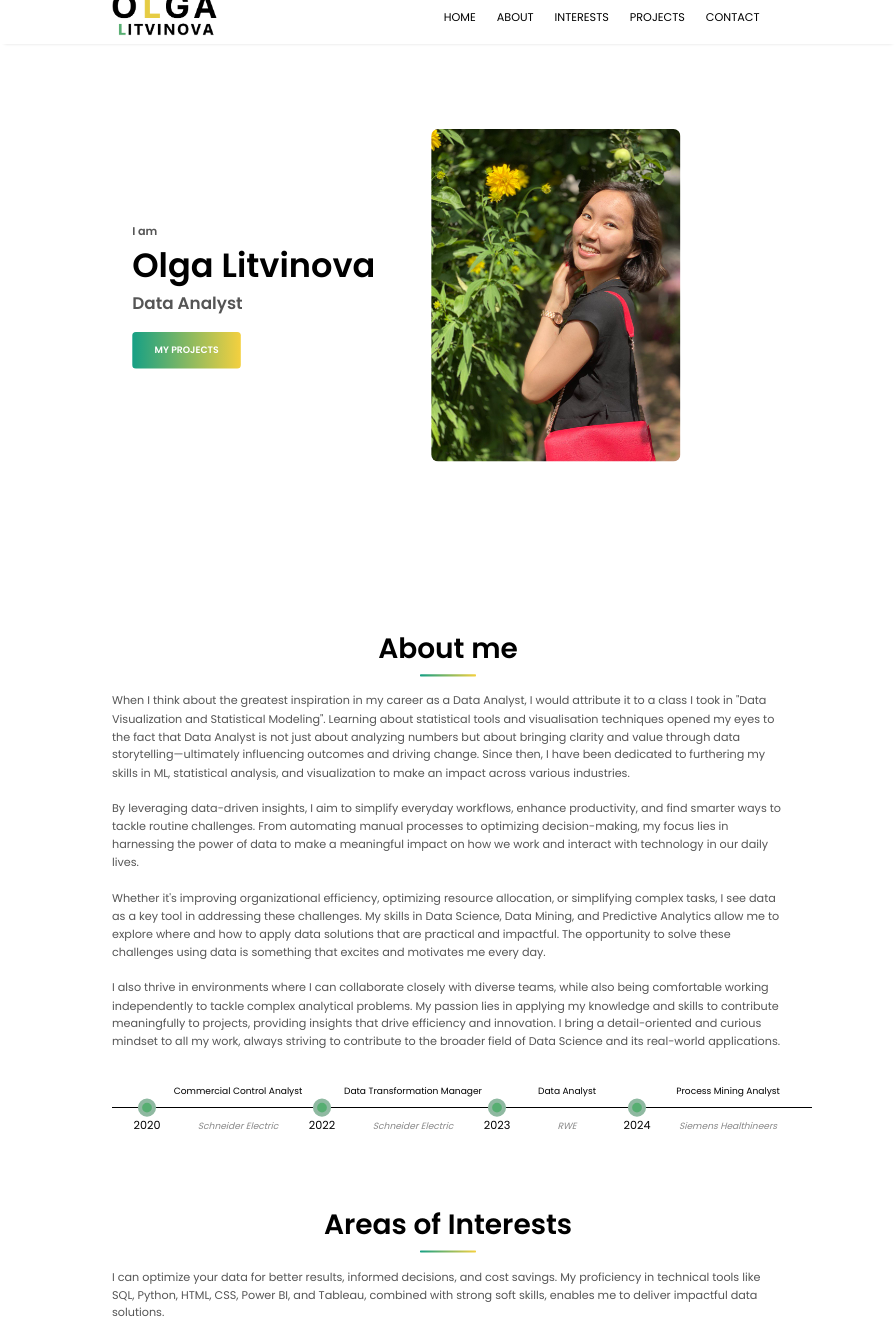
Repository: OlgaKuzminichna/CV
Page: index.html
These files come from the project's save history. The page is drawn as it stood at one moment and after the next save; the edit follows.
The browser window is 1280 px wide. The pictures show the part of the page from y = 16 to 1916 px (the page is 4457 px tall), at 70% of full size.
A picture or video elsewhere on the page could not be fetched, so the positions and the page height are approximate.

Above is the page before, as saved 2024-11-24 22:22:23.

### index.html
<!DOCTYPE html>
<html lang="en">
<head>
    <meta charset="UTF-8">
    <meta name="viewport" content="width=device-width, initial-scale=1.0">
    <title>Olga Litvinova | Data Analyst</title>
    <link rel="stylesheet" href="style.css">
    <link rel="icon" href="./images/logo2.png" type="image/x-icon">
    <script type="text/javascript" src="https://cdn.jsdelivr.net/npm/@emailjs/browser@3/dist/email.min.js"></script>
</head>
<body>
    <header>
        <nav id="navigation">
            <div class="site-header">
                <div class="site-logo">
                    <img src="./images/logo.png" alt="Olga Litvinova">
                </div>
                <ul class="link-list">
                    <li><a href="#home">HOME</a></li>
                    <li><a href="#about">ABOUT</a></li>
                    <li><a href="#skills">INTERESTS</a></li>
                    <li><a href="#projects">PROJECTS</a></li>
                    <li><a href="#contact">CONTACT</a></li>
                    <!-- <li><a href="#resume">RESUME</a></li> -->
                </ul>
            </div>
        </nav>
        <nav id="responsive-nav">
            <div class="site-header">
                <div class="site-logo">
                    <img src="./images/logo.png" alt="Olga Litvinova">
                </div>
                <div class="hamburger-menu">
                    <div class="icon-toggle" onclick="toggleMenu()">
                        <span></span>
                        <span></span>
                        <span></span>
                    </div>
                    <div class="dropdown-links">
                        <li><a href="#home" onclick="toggleMenu()">HOME</a></li>
                        <li><a href="#about" onclick="toggleMenu()">ABOUT</a></li>
                        <li><a href="#skills" onclick="toggleMenu()">INTERESTS</a></li>
                        <li><a href="#projects" onclick="toggleMenu()">PROJECTS</a></li>
                        <li><a href="#contact" onclick="toggleMenu()">CONTACT</a></li>
                        <!-- <li><a href="#resume" onclick="toggleMenu()">RESUME</a></li> -->
                    </div>
                </div>
            </div>
        </nav>
    </header>

    <main>
        <section id="home">
            <div class="intro-left">
                <p class="intro-text2">I am</p>
                <h1 class="primary-title">Olga Litvinova</h1>
                <p class="intro-role">Data Analyst </p>
                <div class="button-group">
                    <button class="main-btn" onclick="location.href='./index.html#projects'">
                        MY PROJECTS
                    </button>
                </div>
            </div>
            <div class="intro-right">
                <img src="./images/Litvinova.jpg" alt="Olga Litvinova Picture" />
            </div>
        </section>
        <section id="about">
            <h1 class="secondary-title">About me</h1>
            <div class="description-container">
                <p>
                    When I think about the greatest inspiration in my career as a Data Analyst, I would attribute it to a class I took in "Data Visualization and Statistical Modeling".
                    Learning about statistical tools and visualisation techniques opened my eyes to the fact that Data Analyst is not just about analyzing numbers but about bringing clarity and value through data storytelling—ultimately influencing outcomes and driving change.
                    Since then, I have been dedicated to furthering my skills in ML, statistical analysis, and visualization to make an impact across various industries.
                </p>
                <p>
                    <br>
                    By leveraging data-driven insights, I aim to simplify everyday workflows, enhance productivity, and find smarter ways to tackle routine challenges. From automating manual processes to optimizing decision-making, my focus lies in harnessing the power of data to make a meaningful impact on how we work and interact with technology in our daily lives.
                </p>

                <P>
                    <br>
                    Whether it's improving organizational efficiency, optimizing resource allocation, or simplifying complex tasks, I see data as a key tool in addressing these challenges. My skills in Data Science, Data Mining, and Predictive Analytics allow me to explore where and how to apply data solutions that are practical and impactful. The opportunity to solve these challenges using data is something that excites and motivates me every day.
                </P>
                <p>
                    <br>
                    I also thrive in environments where I can collaborate closely with diverse teams, while also being comfortable working independently to tackle complex analytical problems. My passion lies in applying my knowledge and skills to contribute meaningfully to projects, providing insights that drive efficiency and innovation. I bring a detail-oriented and curious mindset to all my work, always striving to contribute to the broader field of Data Science and its real-world applications.
                </p>

            </div>

            <div class="timeline">
                <svg width="1000" height="100">
                    <!-- Line -->
                    <line x1="0" y1="50" x2="1000" y2="50" style="stroke:black; stroke-width:1.5"></line>
                    <!-- 2020 Event -->
                    <circle cx="50" cy="50" r="10" stroke="#8fb9a1" stroke-width="6" fill="rgb(87, 174, 114)"></circle>
                    <text text-anchor="middle" x="50" y="80" fill="black">2020</text>
                    <text style="font-size:13" text-anchor="middle" x="180" y="30" fill="black">Commercial Control Analyst</text>
                    <text style="font-size:13; font-style: italic" text-anchor="middle" x="180" y="80" fill="#888888">Schneider Electric</text>


                    <circle cx="300" cy="50" r="10" stroke="#8fb9a1" stroke-width="6" fill="rgb(87, 174, 114)"></circle>
                    <text text-anchor="middle" x="300" y="80" fill="black">2022</text>
                    <text style="font-size:13" text-anchor="middle" x="430" y="30" fill="black">Data Transformation Manager</text>
                    <text style="font-size:13; font-style: italic" text-anchor="middle" x="430" y="80" fill="#888888">Schneider Electric</text>

                    <circle cx="550" cy="50" r="10" stroke="#8fb9a1" stroke-width="6" fill="rgb(87, 174, 114)"></circle>
                    <text text-anchor="middle" x="550" y="80" fill="black">2023</text>
                    <text style="font-size:13" text-anchor="middle" x="650" y="30" fill="black">Data Analyst</text>
                    <text style="font-size:13; font-style: italic" text-anchor="middle" x="650" y="80" fill="#888888">RWE</text>

                    <circle cx="750" cy="50" r="10" stroke="#8fb9a1" stroke-width="6" fill="rgb(87, 174, 114)"></circle>
                    <text text-anchor="middle" x="750" y="80" fill="black">2024</text>
                    <text style="font-size:13" text-anchor="middle" x="880" y="30" fill="black">Process Mining Analyst</text>
                    <text style="font-size:13; font-style: italic" text-anchor="middle" x="880" y="80" fill="#888888">Siemens Healthineers</text>
                </svg>
            </div>
        </section>


        <section id="skills">
            <h1 class="secondary-title">Areas of Interests</h1>
            <div class="description-container">
                <p>I can optimize your data for better results, informed decisions, and cost savings. My proficiency in technical tools like SQL, Python, HTML, CSS, Power BI, and Tableau, combined with strong soft skills, enables me to deliver impactful data solutions.</p>
            </div>
            <div class="skill-article-group">
                <article class="skill-card">
                    <img src="./images/data-analysis.png" alt="Data Analysis Icon" class="icon"/>
                    <div>
                        <h3>Data Analysis</h3>
                        <p>Uncover hidden insights and patterns within your data to identify trends, anomalies, and opportunities for data-driven decision-making.</p>
                    </div>
                </article>
                <article class="skill-card">
                    <img src="./images/data-analytics.png" alt="Data Analytics Icon" class="icon"/>
                    <div>
                        <h3>Data Analytics</h3>
                        <p>Harness the power of advanced analytics, including predictive models and machine learning solutions to forecast outcomes, optimize processes, and gain a competitive edge.</p>
                    </div>
                </article>
                <article class="skill-card">
                    <img src="./images/data-visualization.png" alt="Data Visualization Icon" class="icon"/>
                    <div>
                        <h3>Data Visualization</h3>
                        <p>Transform complex data into clear and compelling visual narratives. Create custom dashboards and reports for enhanced data communication and understanding.</p>
                    </div>
                </article>
                <article class="skill-card">
                    <img src="./images/technical-writing.png" alt="Technical Writing Icon" class="icon"/>
                    <div>
                        <h3>Technical Writing</h3>
                        <p>Translate intricate technical concepts into clear and concise documentation. From reports to comprehensive materials, I ensure your data projects are well-documented and readily accessible.</p>
                    </div>
                </article>
                <article class="skill-card">
                    <img src="./images/front-end-web-development.png" alt="Front End Web Development Icon" class="icon"/>
                    <div>
                        <h3>Web Development</h3>
                        <p>Craft intuitive web interfaces that deliver information in an accessible format. Design and build data-driven web solutions that seamlessly blend functionality and aesthetics.</p>
                    </div>
                </article>
                <article class="skill-card">
                    <img src="./images/collaboration.png" alt="Collaboration Icon" class="icon"/>
                    <div>
                        <h3>Collaboration</h3>
                        <p>Collaborate seamlessly with your team to integrate data solutions into your business processes. Whether it's short-term projects or ongoing data-driven initiatives, I'm here to support your success.</p>
                    </div>
                </article>
            </div>
        </section>
        <section id="projects">
            <h1 class="secondary-title">Projects</h1>
            <div class="project-group">
                <div class="project-detail-card">
                    <img src="./images/cyclistic.png" class="project-image"/>
                    <h2 class="project-title">Cyclistic Bike-Share Analytics</h2>
                    <p>A comprehensive analysis of Cyclistic Bike-Share program, featuring Exploratory Data Analysis (EDA), A/B Testing, SARIMA Time Series Forecasting, and interactive Tableau dashboards to uncover user behavior, trends, and marketing strategies for growth.</p>
                    <div class="button-group">
                        <button class="main-btn project-btn"
                        onclick="location.href='https://medium.com/python-in-plain-english/revitalizing-cyclistic-bike-share-program-an-in-depth-data-exploration-556b52512bf8'">View Project</button>
                    </div>
                </div>
                <!-- Additional projects can go here, following the same structure -->
            </div>
        </section>

        <section id="contact">
            <h1 class="secondary-title">Contact Me</h1>

            <div class="social-media-buttons">
                <a href="https://github.com/OlgaKuzminichna" target="_blank" class="button github">
                    <img src="images/github.png" alt="GitHub Icon">
                    <span>GitHub</span>
                </a>
                <a href="https://public.tableau.com/app/profile/yourusername" target="_blank" class="button tableau">
                    <img src="images/tableau.svg" alt="Tableau Icon">
                    <span>Tableau</span>
                </a>
                <a href="https://www.linkedin.com/in/olga-l-7802b324b/" target="_blank" class="button linkedin">
                    <img src="images/linkedin.png" alt="LinkedIn Icon">
                    <span>LinkedIn</span>
                </a>
                <a href="mailto:litvinova2404@gmail.com" class="button email">
                    <img src="images/email.png" alt="Email Icon">
                    <span>Email</span>
                </a>
            </div>
            <form class="contact-form">
            <h2>Feel free to contact me for any question </h2>
            <div class="form-field">
                <label for="name">Name</label>
                <input type="text" id="name" placeholder="Enter your full name" required>
            </div>
            <div class="form-field">
                <label for="email">Email</label>
                <input type="email" id="email" placeholder="Enter your email" required>
            </div>
            <div class="form-field">
                <label for="message">Message</label>
                <textarea id="message" name="message" rows="5" required></textarea>
            </div>
            <button class="submit-btn form-field" onclick="sendMail()">Send Message</button>
            </form>

        </section>
        <footer>
            <p>Copyright &copy; Olga Litvinova 2024. All Rights Reserved.</p>
        </footer>
    </main>
    <script src="script.js"></script>
</body>
</html>

### style.css
@import url('https://fonts.googleapis.com/css2?family=Poppins:wght@300;400;500;600&display=swap');

* {
    margin: 0;
    padding: 0;
    box-sizing: border-box;
}

body {
    font-family: 'Poppins', sans-serif;
    margin: 0;
    padding: 0;
}

p {
    color: #555;
}

a, .btn {
    transition: color 0.5s ease, background-color 0.5s ease;
}

header {
    position: sticky;
    top: 0;
    background-color: white;
    padding: 0;
    z-index: 2;
}

.site-header {
    width: 100%;
    padding: 5px 0px;
    display: flex;
    align-items: center;
    justify-content: space-between;
    margin: 0 10rem;
}

nav {
    width: 100%;
    display: flex;
    align-items: center;
    box-shadow: 0 5px 5px -5px rgba(0,0,0,.2);
}

.link-list {
    list-style: none;
    display: flex;
    margin-right: 20px;
}

.link-list li {
    margin: 0 15px;
}

.site-logo img {
    max-width: 150px;
    height: auto;
}

a {
    color: black;
    text-decoration: none;
}

a:hover {
    color: rgb(87, 174, 114);
    text-decoration: underline;
    text-underline-offset: 1rem;
    text-decoration-color: rgb(87, 174, 114);
}

/* HAMBURGER MENU */

#responsive-nav {
    display: none;
}

.hamburger-menu {
    position: relative;
    display: inline-block;
}

.icon-toggle {
    display: flex;
    flex-direction: column;
    justify-content: space-between;
    height: 24px;
    width: 30px;
    cursor: pointer;
}

.icon-toggle span {
    width: 100%;
    height: 2px;
    background-color: black;
    transition: all 0.3 ease-in-out;
}

.dropdown-links {
    position: absolute;
    top: 100%;
    right: 0%;
    background-color: white;
    width: fit-content;
    max-height: 0;
    overflow: hidden;
    transition: all 0.3 ease-in-out;
}

.dropdown-links a {
    display: block;
    padding: 10px;
    text-align: center;
    font-size: 1.2rem;
    color: black;
    text-decoration: none;
    transition: all 0.3 ease-in-out;
}

.dropdown-links a:hover {
    color: rgb(87, 174, 114);
}

.dropdown-links li {
    list-style: none;
}

.dropdown-links.open {
    max-height: 300px;
}

.icon-toggle.open span:nth-child(1) {
    transform: rotate(45deg) translate(10px, 5px);
}

.icon-toggle.open span:nth-child(2) {
    opacity: 0;
}

.icon-toggle.open span:nth-child(3) {
    transform: rotate(-45deg) translate(10px, -5px);
}

.icon-toggle span:nth-child(1),
.icon-toggle span:nth-child(2),
.icon-toggle span:nth-child(3) {
    transform: none;
}

main {
    margin-top: 60px;
}

section {
    margin: 0 10rem;
    box-sizing: border-box;
    min-height: fit-content;
}

.section-container {
    display: flex;
}

/* HOME */

#home {
    display: flex;
    justify-content: center;
    align-items: center;
    gap: 5rem;
    height: 85vh;
}

.intro-right {
    display: flex;
    height: 475px;
    width: 475px;
    margin: auto 0;
}

.intro-right img {
    border-radius: 10px;
}

.intro-left {
    align-self: justify;
    text-align: justify;
}

.intro-left p {
    font-weight: 600;
}

.intro-text {
    text-align: center;
}

.intro-text2 {
    text-align: justify;
}

.intro-role {
    font-size: 1.5rem;
    margin-bottom: 1rem;
}

.primary-title {
    font-size: 3rem;
    text-align: center;
}

.button-group {
    margin-top: 1.5rem;
    text-align: justify;

}

.main-btn {
    background: linear-gradient(to right, #16A085 0%, #F4D03F  50%, #16A085  100%);
    background-size: 200% auto;
    font-family: 'Poppins', sans-serif;
    border: none;
    color: white;
    padding: 1rem 2rem;
    font-weight: 600;
    border-radius: 5px;
    cursor: pointer;
    transition: background-color 0.3s ease, transform 0.2s ease;
}


.main-btn:hover {
    background-position: right center;
    transition: 0.5s;
    color: #fff;
    text-decoration: none;
    transform: scale(1.05);
}

/* ABOUT */

#about {
    padding-top: 5rem ;
    text-align: center;
}

.secondary-title {
    font-size: 2.5rem;
    position: relative;
}

.secondary-title::after {
    content: "";
    position: absolute;
    bottom: -10px;
    left: 50%;
    transform: translateX(-50%);
    width: 80px;
    height: 3.5px;
    background: linear-gradient(to right, #16A085 0%, #F4D03F  100%, #16A085  100%);
    border-radius: 1px;
}

.description-container {
    margin: 2rem auto;
}

.description-container p {
    color: #555;
    line-height: 1.6;
    text-align: left;
}

/* TIMELINE */

.timeline {
    text-align: center;
    padding: 0px;
    flex: 0 0 100%;
    max-width: 90%;
}




/* SKILLS */

#skills {
    padding-top: 5rem ;
    text-align: center;
}

.skill-article-group {
    display: flex;
    flex-wrap: wrap;
    justify-content: space-around;
    gap: 2.5rem;
}

.skill-card {
    display: flex;
    flex-direction: column;
    align-items: center;
    max-width: 320px;
    text-align: center;
}

.skill-card .icon {
    cursor: pointer;
    height: 90px;
    margin-bottom: 1rem;
}

.skill-card h3 {
    font-size: 1.5rem;
    color: #333;
}

.skill-card p {
    color: #777;
    line-height: 1.5;
    text-align: justify;
}

/* PROJECTS */

#projects {
    padding-top: 5rem ;
    text-align: center;
}

.project-group {
    display: flex;
    flex-wrap: wrap;
    justify-content: space-around;
    gap: 3.5rem;
    margin-top: 2rem;
}

.project-detail-card {
    background-color: white;
    border: 1px solid #ddd;
    border-radius: 5px;
    padding: 1.5rem;
    max-width: 540px;
    text-align: left;
    box-shadow: 0px 0px 10px rgba(0, 0, 0, 0.1);
    transition: transform 0.2s ease-in-out;
}

.project-detail-card:hover {
    transform: scale(1.02);
    box-shadow: 0px 0px 15px rgba(0, 0, 0, 0.2);
}

.project-image {
    max-width: 100%;
    height: auto;
}



/* CONTACT */

#contact {
    padding-top: 5rem ;
    text-align: center;

    margin: 0 auto;
}

/* CONTACT - social media links*/

.social-media-buttons {
    display: flex;
    justify-content: center;
    margin: 2rem;
}

.social-media-buttons .button {
    display: flex;
    align-items: center;
    justify-content: center;
    padding: 10px 15px;
    margin:15px;
    border-radius: 5px;
    text-decoration: none;
    font-family: 'Poppins', sans-serif;
    font-weight: bold;
    color: #555;
    transition: background-color 0.3s;
    border: 1px solid #333;
}

.social-media-buttons .button img {
    width: 50px;
    max-height: 100px;
    margin-right: 8px;
}


.social-media-buttons .button:hover {
    background: linear-gradient(to right, #16A085 0%, #F4D03F  200%, #16A085  100%);
    transform: scale(1.05);
    color: #fff;
}


/* CONTACT - Form */
.form-field {
    margin-bottom: 1rem;
}

.contact-form h2 {
    font-size: 1.5rem;
    margin:2rem;
}

label {
    display: block;
    font-weight: 600;
    margin-bottom: 0.5rem;
    text-align: justify;
    max-width: 400px;
    margin: 0 auto;
}

.form-field input,
.form-field textarea {
    max-width: 400px;
    width: 100%;
    padding: 0.5rem;
    font-size: 1rem;
    border: 1px solid #ccc;
    border-radius: 5px;
}

textarea {
    resize: none;
}

.submit-btn {
    background: linear-gradient(to right, #16A085 0%, #F4D03F  51%, #16A085  100%);
    background-size: 200% auto;
    border: none;
    color: white;
    padding: 1rem 2rem;
    font-weight: 600;
    border-radius: 5px;
    cursor: pointer;
    transition: background-color 0.3s ease, transform 0.2s ease;
    font-family: 'Poppins', sans-serif;
    margin-bottom: 3rem;

}

.submit-btn:hover {
    background-color: #57AE72;
    transform: scale(1.05);

}


/* FOOTER */

footer {
    padding: 1rem 0;
    text-align: center;
    background-color: #F9F9F7;
}

footer p {
    margin: 0;
}

footer p::before {
    font-size: 1.2rem;
    margin-right: 0.5rem;
}

/* RESPONSIVE STYLES */

@media screen and (max-width: 1400px) {
    #home {
        height: 83vh;
        margin-bottom: 6rem;
    }
}

@media screen and (max-width: 1200px) {
    #navigation {
        display: none;
    }
    #responsive-nav {
        display: flex;
    }
    section, .section-container {
        height: fit-content;
    }
    section {
        margin: 0 5%;
    }
    .intro-right {
        width: 275px;
        height: 275px;
        margin: 0 auto 2rem;
    }
    .project-group {
        gap: 2rem;
    }
    footer {
        padding: 1rem 0;
    }
    footer p {
        font-size: 0.7rem;
    }
}

@media (max-width: 999px) {
    .timeline {
        display: none;
    }
}

@media screen and (max-width: 768px) {
    .site-header {
        padding: 15px 20px;
        justify-content: space-between;
    }
    .icon-toggle {
        width: 25px;
    }
    .site-logo img {
        max-width: 35px;
    }
    .primary-title, .secondary-title {
        font-size: 1.6rem;
    }
}

@media screen and (max-width: 600px) {
    main {
        margin-top: 40px;
    }
}

Loaded but not shown: script.js (25 lines, source omitted)

After the next save:
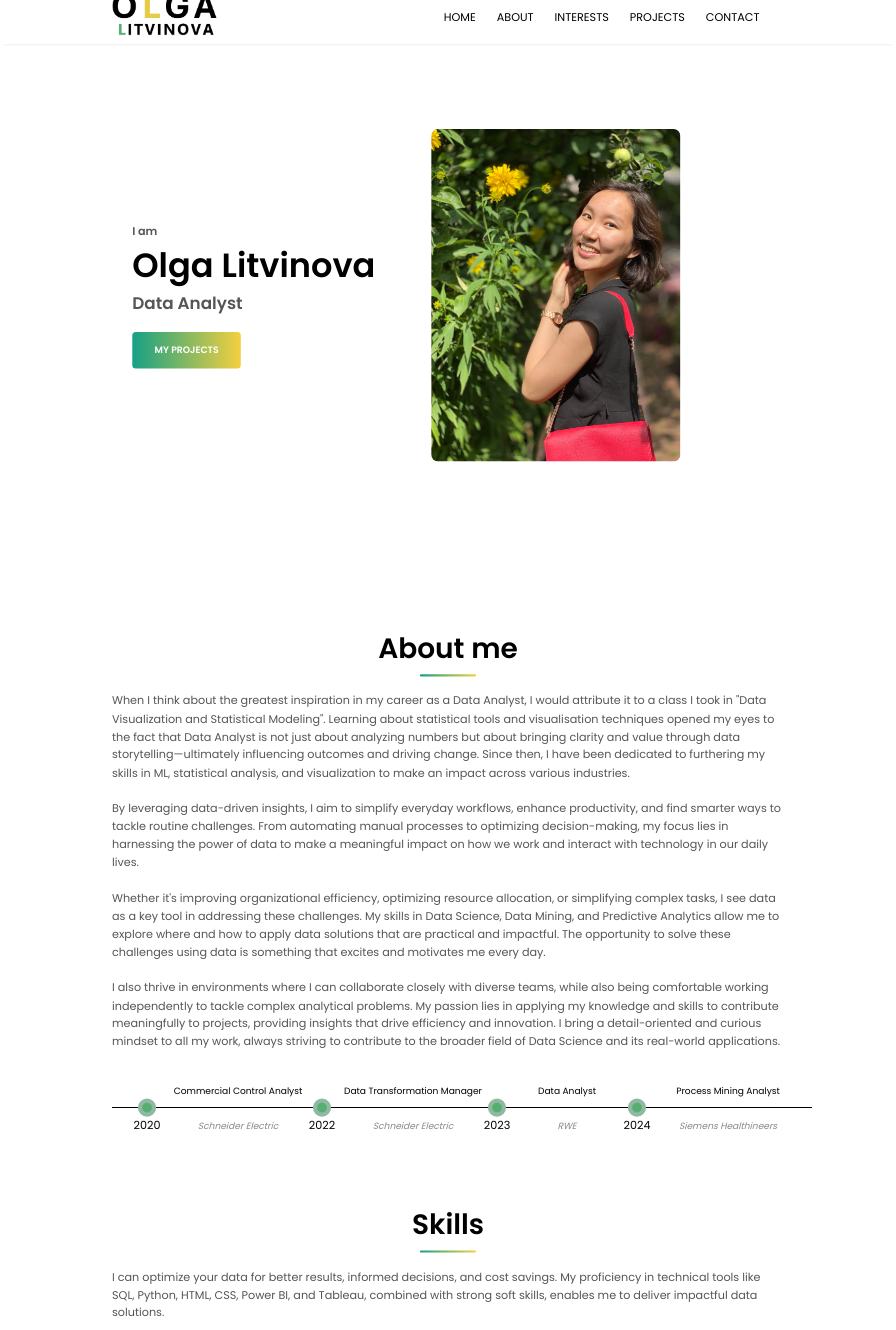
Saved 32 min 42 s later.
--- a/index.html
+++ b/index.html
@@ -120,7 +120,7 @@
 
 
         <section id="skills">
-            <h1 class="secondary-title">Areas of Interests</h1>
+            <h1 class="secondary-title">Skills</h1>
             <div class="description-container">
                 <p>I can optimize your data for better results, informed decisions, and cost savings. My proficiency in technical tools like SQL, Python, HTML, CSS, Power BI, and Tableau, combined with strong soft skills, enables me to deliver impactful data solutions.</p>
             </div>
